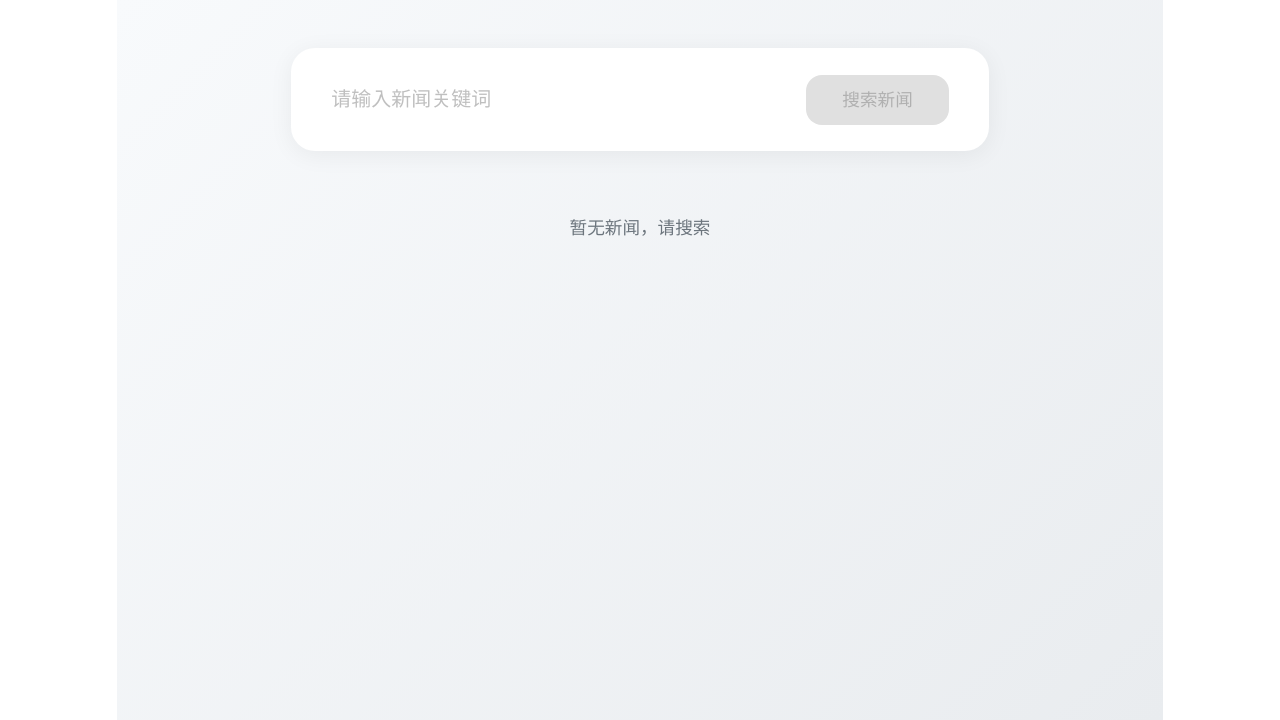
Repository: XJN7197/NewsAssistantBaseMCP
Page: / (app in frontend/)
An editor plug-in stored every save of this project. The page is shown before and after the next save, followed by the edit.
The browser window is 1280 px wide. The pictures show the whole page.
The project was rebuilt for these pictures with package versions that can differ from the ones it lists, and the page was loaded fresh each time. Also part of the build but not shown: frontend/vite.config.ts.

Above is the page before, as saved 2025-05-23 10:28:10.

### frontend/src/App.tsx
import { useState } from 'react'
import Home from './pages/Home'
import './App.css'

function App() {

  return (
    <>
      <Home/>
    </>
  )
}

export default App

### frontend/src/pages/Home.tsx
import React, { useState } from 'react';
import { List, Checkbox, Button as AntButton, Input, Spin, Modal, Typography, Dropdown } from 'antd'; // Ant Design 组件导入
import 'antd/dist/reset.css'; // 导入 Ant Design 样式
import ReactMarkdown from 'react-markdown';
import remarkGfm from 'remark-gfm';
import styles from './Home.module.css'
import { mockNewsData } from '../mock/newsData'
import { mockReportData } from '../mock/reportData'

// 假设你有这些组件，后续可单独实现
// import NewsSearch from '../components/NewsSearch'
// import NewsCardList from '../components/NewsCardList'
// import AnalyzeButton from '../components/AnalyzeButton'
// import ReportModal from '../components/ReportModal'

const { Title, Text, Link } = Typography;

const Home: React.FC = () => {
  // 搜索关键词
  const [keyword, setKeyword] = useState('')
  // 新闻列表
  const [newsList, setNewsList] = useState<any[]>([])
  // 选中的新闻项
  const [selectedNews, setSelectedNews] = useState<Set<number>>(new Set());
  // 是否正在加载
  const [loading, setLoading] = useState(false)
  // 分析报告内容
  const [report, setReport] = useState<string | null>(null)
  // 控制报告弹窗显示
  const [showReport, setShowReport] = useState(false)

  // 下载报告处理函数
  const handleDownload = () => {
    if (!report) return;

    const timestamp = new Date().toISOString().replace(/[:.]/g, '-');
    const content = report;
    const fileName = `舆情分析报告_${timestamp}.md`;
    const blob = new Blob([content], { type: 'text/plain;charset=utf-8' });
    const url = window.URL.createObjectURL(blob);
    const link = document.createElement('a');
    link.href = url;
    link.download = fileName;
    document.body.appendChild(link);
    link.click();
    document.body.removeChild(link);
    window.URL.revokeObjectURL(url);
  };

  // 搜索新闻
  const handleSearch = async () => {
    setLoading(true)
    setNewsList([]); // 清空旧的新闻列表
    setReport(null); // 清空旧的报告
    setShowReport(false); // 关闭报告弹窗

    try {
      let data;

      // 根据环境变量决定是否使用mock数据
      if (import.meta.env.VITE_USE_MOCK_NEWS === 'true') {
        // 使用mock数据
        await new Promise(resolve => setTimeout(resolve, 1000)); // 模拟延迟
        data = mockNewsData;
      } else {
        // 使用实际API
        const response = await fetch('http://localhost:8000/search', {
          method: 'POST',
          headers: {
            'Content-Type': 'application/json',
          },
          body: JSON.stringify({ keyword: keyword }),
        });

        if (!response.ok) {
          throw new Error(`HTTP error! status: ${response.status}`);
        }

        data = await response.json();
      }

      // 检查返回的数据结构，确保有 news_list 字段
      if (data && data.news_list) {
        console.log("获取到的新闻数据:", data.news_list);
        // 初始化选中状态，默认全部选中
        const initialNewsList = data.news_list.map((news: any, index: number) => ({ ...news, id: index })); // selected 属性由 selectedNews Set 管理
        setNewsList(initialNewsList);
        const initialSelected = new Set<number>(initialNewsList.map((news: any) => news.id));
        setSelectedNews(initialSelected);
      } else {
        setNewsList([{ error: '未获取到新闻数据或数据格式不正确' }]);
      }

    } catch (error) {
      console.error("搜索新闻失败:", error);
      setNewsList([{ error: `搜索新闻失败: ${error}` }]);
    } finally {
      setLoading(false);
    }
  }

  // 分析新闻
  const handleAnalyze = async () => {
    setLoading(true);
    setReport(null); // 清空旧的报告
    setShowReport(true); // Show modal immediately

    // 过滤出选中的新闻
    const newsToAnalyze = newsList.filter(news => selectedNews.has(news.id));

    if (newsToAnalyze.length === 0) {
        setReport("没有新闻内容可供分析。");
        setLoading(false);
        return;
    }

    try {
      let data;

      // 根据环境变量决定是否使用mock数据
      if (import.meta.env.VITE_USE_MOCK_REPORT === 'true') {
        // 使用mock数据
        await new Promise(resolve => setTimeout(resolve, 1000)); // 模拟延迟
        data = mockReportData;
      } else {
        // 使用实际API
        const response = await fetch('http://localhost:8000/analyze', {
          method: 'POST',
          headers: {
            'Content-Type': 'application/json',
          },
          body: JSON.stringify({ news_list: newsToAnalyze }),
        });

        if (!response.ok) {
          throw new Error(`HTTP error! status: ${response.status}`);
        }

        data = await response.json();
      }

      // 检查返回的数据结构，确保有 report 字段
      if (data && data.report) {
        console.log("获取到的分析报告:", data.report);
        setReport(data.report);
      } else {
        setReport("未获取到分析报告或报告格式不正确");
      }

    } catch (error) {
      console.error("分析新闻失败:", error);
      setReport(`分析新闻失败: ${error}`);
    } finally {
      setLoading(false);
    }
  }



  return (
    <div className={styles['home-container']}>
      {/* 搜索栏 - 使用 Ant Design 组件 */}
      <div className={styles['search-bar']}>
        <Input
          placeholder="请输入新闻关键词"
          value={keyword}
          onChange={e => setKeyword(e.target.value)}
          onPressEnter={handleSearch} // 支持回车搜索
          style={{ flex: 1, fontSize: '1.25rem', padding: '12px 0' }} // 保持原有部分样式
        />
        <AntButton
          type="primary"
          onClick={handleSearch}
          loading={loading}
          disabled={!keyword}
          style={{ borderRadius: '16px', padding: '14px 36px', fontSize: '1.1rem', fontWeight: 500 }} // 保持原有部分样式
        >
          搜索新闻
        </AntButton>
      </div>

      {/* 新闻列表 - 使用 Ant Design List 组件 */}
      <div className={styles['news-list-container']}> {/* 新增一个容器来控制 List 的宽度和间距 */}
        {loading && newsList.length === 0 && <div style={{ textAlign: 'center', padding: '40px 0' }}><Spin size="large" /></div>}
        {!loading && newsList.length === 0 && <div style={{ textAlign: 'center', color: '#6c757d', fontSize: '1.1rem', padding: '40px 0' }}>暂无新闻，请搜索</div>}
        {newsList.length > 0 && newsList[0].error && (
          <div className={styles['error-message']}>{newsList[0].error}</div>
        )}
        {newsList.length > 0 && !newsList[0].error && (
          <List
            itemLayout="horizontal"
            dataSource={newsList}
            renderItem={item => {
              const onItemChange = (e: any) => {
                setSelectedNews(prevSelected => {
                  const newSelected = new Set(prevSelected);
                  if (e.target.checked) {
                    newSelected.add(item.id);
                  } else {
                    newSelected.delete(item.id);
                  }
                  return newSelected;
                });
              };
              return (
                <List.Item
                  actions={[
                    <Link href={item.url} target="_blank" rel="noopener noreferrer">阅读原文</Link>
                  ]}
                  style={{ background: '#fff', borderRadius: '12px', marginBottom: '16px', padding: '20px', boxShadow: '0 2px 12px 0 rgba(0,0,0,0.05)' }}
                >
                  <List.Item.Meta
                    avatar={<Checkbox checked={selectedNews.has(item.id)} onChange={onItemChange} style={{paddingRight: '10px'}}/>}
                    title={<Title level={5} style={{ margin: 0, fontSize: '1.3rem', fontWeight: 600, color: '#1d1d1f' }}>{item.title}</Title>}
                    description={<Text type="secondary" style={{ fontSize: '1rem', lineHeight: 1.6, display: '-webkit-box', WebkitLineClamp: 3, WebkitBoxOrient: 'vertical', overflow: 'hidden', textOverflow: 'ellipsis' }}>{item.desc}</Text>}
                  />
                </List.Item>
              );
            }}
          />
        )}
      </div>

      {/* 一键分析按钮 - 使用 Ant Design Button */}
      {newsList.length > 0 && !newsList[0].error && (
        <div className={styles['analyze-btn']}>
          <AntButton
            type="primary"
            onClick={handleAnalyze}
            loading={loading}
            disabled={selectedNews.size === 0}
            style={{ borderRadius: '16px', padding: '16px 48px', fontSize: '1.2rem', fontWeight: 600, background: 'linear-gradient(90deg, #34e89e 0%, #0f3443 100%)' }} // 保持原有部分样式
          >
            一键舆情分析
          </AntButton>
        </div>
      )}

      {/* 分析报告弹窗 - 使用 Ant Design Modal */}
      <Modal
        title={<Title level={3} style={{ textAlign: 'center', marginBottom: 0 }}>舆情分析报告</Title>}
        open={showReport}
        onCancel={() => setShowReport(false)}
        footer={[
          <AntButton
            key="download"
            onClick={handleDownload}
            disabled={!report}
            style={{ borderRadius: '12px', marginRight: '8px' }}
          >
            下载报告
          </AntButton>,
          <AntButton key="close" type="primary" onClick={() => setShowReport(false)} style={{ borderRadius: '12px' }}>
            关闭
          </AntButton>
        ]}
        width="60vw"
        styles={{ body: { maxHeight: '70vh', overflowY: 'auto', background: '#fff', padding: '24px 40px' } }}
      >
        {loading && !report ? (
          <div style={{ textAlign: 'center', padding: '40px 0' }}>
            <Spin size="large" tip="分析报告生成中..." />
          </div>
        ) : report ? (
          <ReactMarkdown remarkPlugins={[remarkGfm]}>{report}</ReactMarkdown>
        ) : (
          <Text>报告生成中或无内容...</Text>
        )}
      </Modal>
    </div>
  )
}

export default Home

### frontend/src/pages/Home.module.css
.home-container {
  height: 100vh;
  background: linear-gradient(135deg, #f8fafc 0%, #e9ecef 100%);
  display: flex;
  flex-direction: column;
  align-items: center;
  padding: 48px 0 48px 0; /* 调整了上下padding，左右padding设为0，因为内容区会通过max-width控制 */
  font-family: -apple-system, BlinkMacSystemFont, "Segoe UI", Roboto, "Helvetica Neue", Arial, "PingFang SC", "Hiragino Sans GB", "Microsoft YaHei", sans-serif;
}

.search-bar {
  display: flex;
  position: sticky; top: 0; z-index: 1;
  align-items: center;
  gap: 24px; /* 增加了元素间距 */
  background: #fff;
  border-radius: 24px; /* 更大的圆角 */
  box-shadow: 0 4px 24px 0 rgba(0,0,0,0.06); /* 更柔和的阴影 */
  padding: 24px 40px; /* 增加了内边距 */
  margin-bottom: 24px; /* 减小了与下方元素的间距 */
  width: 66.66%; /* 宽度固定为视口宽度的2/3 */
  /* height: 250px; 高度固定为250px */
  max-width: none; /* 移除最大宽度限制 */
}

.search-bar input[type="text"] {
  flex: 1;
  width: 800px;
  border: none;
  outline: none;
  font-size: 1.25rem; /* 稍大字体 */
  background: transparent;
  color: #222;
  padding: 12px 6px;
}

.search-bar button {
  height: 50px;
  background: linear-gradient(90deg, #007aff 0%, #00c6fb 100%);
  color: #fff;
  border: none;
  border-radius: 16px; /* 更大的圆角 */
  padding: 14px 36px; /* 增加了按钮padding */
  font-size: 1.1rem; /* 稍大字体 */
  font-weight: 500;
  cursor: pointer;
  transition: background 0.2s, box-shadow 0.2s;
  box-shadow: 0 4px 16px 0 rgba(0,122,255,0.10); /* 按钮阴影 */
}

.search-bar button:disabled {
  background: #e0e0e0;
  color: #b0b0b0;
  cursor: not-allowed;
  box-shadow: none;
}

.news-list-container { /* Renamed from .news-list */
  width: 66.66%; /* 宽度固定为视口宽度的2/3 */
  /* height: 1500px; 高度固定为1500px */
  max-width: none; /* 移除最大宽度限制 */
  margin-bottom: 40px;
  min-height: 180px; /* 最小高度，避免内容过少时塌陷 */
  display: flex;
  flex-direction: column;
  gap: 24px; /* 新闻卡片之间的间距 */
  overflow-y: auto; /* 添加垂直滚动 */
  /* 可以在这里添加新闻卡片的样式，或者为新闻卡片组件单独创建样式文件 */
}

/* 针对 news-list 中暂无新闻的提示文本样式 */
.news-list > div {
  color: #6c757d; /* 柔和的提示文字颜色 */
  font-size: 1.1rem;
  text-align: center;
  padding: 40px 0;
}

/* Styles for .news-card, .checkbox-container, .news-content, .news-title, .news-desc, .news-link are removed as Ant Design components handle them */

/* 错误消息样式 */
.error-message {
  color: #dc3545; /* 红色错误提示 */
  font-size: 1.1rem;
  text-align: center;
  padding: 40px 0;
}


.analyze-btn {
  margin-bottom: 32px;
}

.analyze-btn button {
  background: linear-gradient(90deg, #34e89e 0%, #0f3443 100%); /* 保持了之前的渐变色 */
  color: #fff;
  border: none;
  border-radius: 16px; /* 更大的圆角 */
  padding: 16px 48px; /* 增加了按钮padding */
  font-size: 1.2rem; /* 稍大字体 */
  font-weight: 600;
  cursor: pointer;
  transition: background 0.2s, box-shadow 0.2s;
  box-shadow: 0 4px 16px 0 rgba(52,232,158,0.10); /* 按钮阴影 */
}

.analyze-btn button:disabled {
  background: #e0e0e0;
  color: #b0b0b0;
  cursor: not-allowed;
  box-shadow: none;
}

/* Styles for .report-modal and its children are removed as Ant Design Modal component handles them */

### frontend/src/mock/newsData.ts
export const mockNewsData = {
    news_list: [
      {
        title: "Qwen引领AI前端技术革新：深度解析一句话开发网页的突破_模型_行业_创新",
        desc: "在人工智能快速发展的2025年，来自量子位的最新报道显示，AI技术正迎来前所未有的革新，尤其是在前端开发领域。由Qwen推出的“AI前端工程师”WebDev工具，以...",
        url: "https://news.sohu.com/a/893821748_121924584"
      },
      {
        title: "谷歌推Gemini2.5Pro模型，AI 助力前端开发与复杂编程",
        desc: "谷歌推Gemini2.5Pro模型#，AI 助力前端开发与复杂编程】5 月7 日消息，科技媒体The Decoder 昨日（5 月6 日）发布博文，报道称谷歌为预热今年的I/O...",
        url: "https://news.sina.com.cn/external/car/2025-05-07/doc-inevtine1324735.shtml"
      },
      {
        title: "前端程序员请注意！首个截图就能生成现代前端代码的AI来了 | 已开源",
        desc: "现在截图生成代码，已经来到了一个新高度——. ⾸个⾯向现代前端代码⽣成的多模态⼤模型解决⽅案，来了！ 而且是开源的那种。 前端程序员请注意！首个截图就能...",
        url: "https://www.qbitai.com/2025/02/258521.html"
      },
      {
        title: "AI包办79%代码，程序员饭碗不保，前端开发要凉，人类只配改Bug？",
        desc: "编码助手更偏向自动化。有79%的Claude Code对话可以被归为「自动化」，即AI直接完成任务，而不是与人类协作「增强」。相比之下，Claude.ai的对话中只有49%是...",
        url: "https://m.36kr.com/p/3271134281245063"
      },
      {
        title: "武汉烽火申请前后端协同开发方法专利，大大降低前后端耦合度",
        desc: "本文源自:金融界. 金融界2025年5月15日消息，国家知识产权局信息显示，武汉烽火信息集成技术有限公司申请一项名为“前后端协同开发方法、装置、设备及可...",
        url: "https://cj.sina.cn/articles/view/1704103183/65928d0f02007wlqg?froms=ggmp"
      }
    ]
  };

### frontend/src/mock/reportData.ts
// 模拟舆情分析报告数据
export const mockReportData = {
  report: `
  **分析时间：** 2025-05-22 20:48:32

  ---

  ## 📥 原始新闻内容

  ### 新闻1
  - **标题**: Qwen引领AI前端技术革新：深度解析一句话开发网页的突破_模型_行业_创新
  - **描述**: 在人工智能快速发展的2025年，来自量子位的最新报道显示，AI技术正迎来前所未有的革新，尤其是在前端开发领域。由Qwen推出的“AI前端工程师”WebDev工具，以...
  - **链接**: https://news.sohu.com/a/893821748_121924584

  ### 新闻2
  - **标题**: 谷歌推Gemini2.5Pro模型，AI 助力前端开发与复杂编程
  - **描述**: 谷歌推Gemini2.5Pro模型#，AI 助力前端开发与复杂编程】5 月7 日消息，科技媒体The Decoder 昨日（5 月6 日）发布博文，报道称谷歌为预热今年的I/O...
  - **链接**: https://news.sina.com.cn/external/car/2025-05-07/doc-inevtine1324735.shtml

  ### 新闻3
  - **标题**: 前端程序员请注意！首个截图就能生成现代前端代码的AI来了 | 已开源
  - **描述**: 现在截图生成代码，已经来到了一个新高度——. ⾸个⾯向现代前端代码⽣成的多模态⼤模型解决⽅案，来了！ 而且是开源的那种。 前端程序员请注意！首个截图就能...
  - **链接**: https://www.qbitai.com/2025/02/258521.html

  ### 新闻4
  - **标题**: AI包办79%代码，程序员饭碗不保，前端开发要凉，人类只配改Bug？
  - **描述**: 编码助手更偏向自动化。有79%的Claude Code对话可以被归为「自动化」，即AI直接完成任务，而不是与人类协作「增强」。相比之下，Claude.ai的对话中只有49%是...
  - **链接**: https://m.36kr.com/p/3271134281245063

  ### 新闻5
  - **标题**: 武汉烽火申请前后端协同开发方法专利，大大降低前后端耦合度
  - **描述**: 本文源自:金融界. 金融界2025年5月15日消息，国家知识产权局信息显示，武汉烽火信息集成技术有限公司申请一项名为“前后端协同开发方法、装置、设备及可...
  - **链接**: https://cj.sina.cn/articles/view/1704103183/65928d0f02007wlqg?froms=ggmp

  ---

  ## 📊 分析结果

  ### 舆情分析报告
  **日期**：2025年5月
  **分析范围**：五篇关于AI与前端开发的新闻

  ---

  #### **一、情绪倾向分析**
  | 新闻编号 | 情绪倾向 | 原因说明 |
  |----------|----------|----------|
  | **新闻1** | **正面** | 强调Qwen的“革新”“突破”等词汇，突出AI技术对前端开发的赋能，传递积极创新信号。 |
  | **新闻2** | **正面** | 谷歌推出新模型推动“AI助力前端开发”，体现技术迭代的行业趋势，语气温和但积极。 |
  | **新闻3** | **正面** | 聚焦“首个截图生成代码”“开源”等关键词，展示AI工具的实用性和开放性，引发开发者关注。 |
  | **新闻4** | **负面** | 标题直接使用“饭碗不保”“要凉”等强烈词汇，讨论AI对程序员职业的冲击，情绪偏担忧。 |
  | **新闻5** | **正面** | 武汉烽火的专利申请聚焦“降低耦合度”技术优化，体现行业对效率提升的关注，属中性积极技术报道。 |

  ---

  #### **二、舆情总结**
  1. **技术革新主导正面情绪**
     - 多篇新闻聚焦AI在前端开发中的创新应用（如Qwen、Gemini2.5Pro、开源工具），强调效率提升、自动化开发等优势，反映行业对AI技术的期待与认可。
     - 专利申请（新闻5）进一步表明企业对技术优化的重视，传递积极发展趋势。

  2. **负面情绪集中于就业风险**
     - 新闻4通过“79%代码由AI包办”“程序员饭碗不保”等表述，引发对AI替代人力的焦虑，负面情绪显著，但未否认技术价值。

  3. **行业矛盾与机遇并存**
     - 正面报道多关注技术突破，负面内容则反映人类与AI协作模式的争议，整体呈现“技术进步”与“职业担忧”的双重叙事。

  ---

  #### **三、建议**
  - **技术开发者**：关注AI工具的开源与迭代（如新闻3），同时提升复合技能以适应自动化趋势。
  - **企业与政策制定者**：平衡技术应用与就业保障，推动人机协作模式的探索。
  - **媒体传播**：客观呈现AI对行业的赋能与挑战，避免过度渲染负面情绪。

  **结论**：当前舆情以技术革新为核心积极主题，但需警惕AI对职业结构的潜在冲击，行业需在创新与人文关怀间寻求平衡。
`
}

Loaded but not shown: frontend/index.html (common file); frontend/src/main.tsx (common file); frontend/src/index.css (common file); frontend/src/App.css (common file)

After the next save:
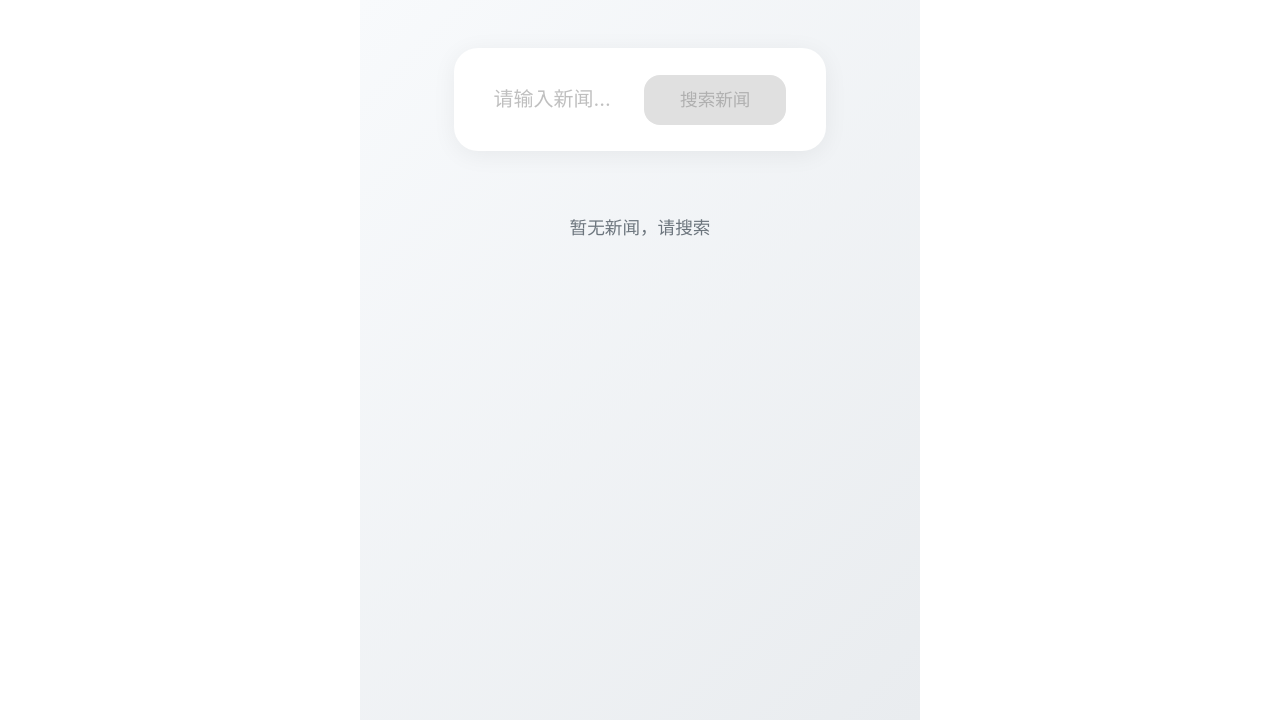
Saved 3 min 8 s later.
--- a/frontend/src/pages/Home.module.css
+++ b/frontend/src/pages/Home.module.css
@@ -25,7 +25,6 @@
 
 .search-bar input[type="text"] {
   flex: 1;
-  width: 800px;
   border: none;
   outline: none;
   font-size: 1.25rem; /* 稍大字体 */

After the save that followed:
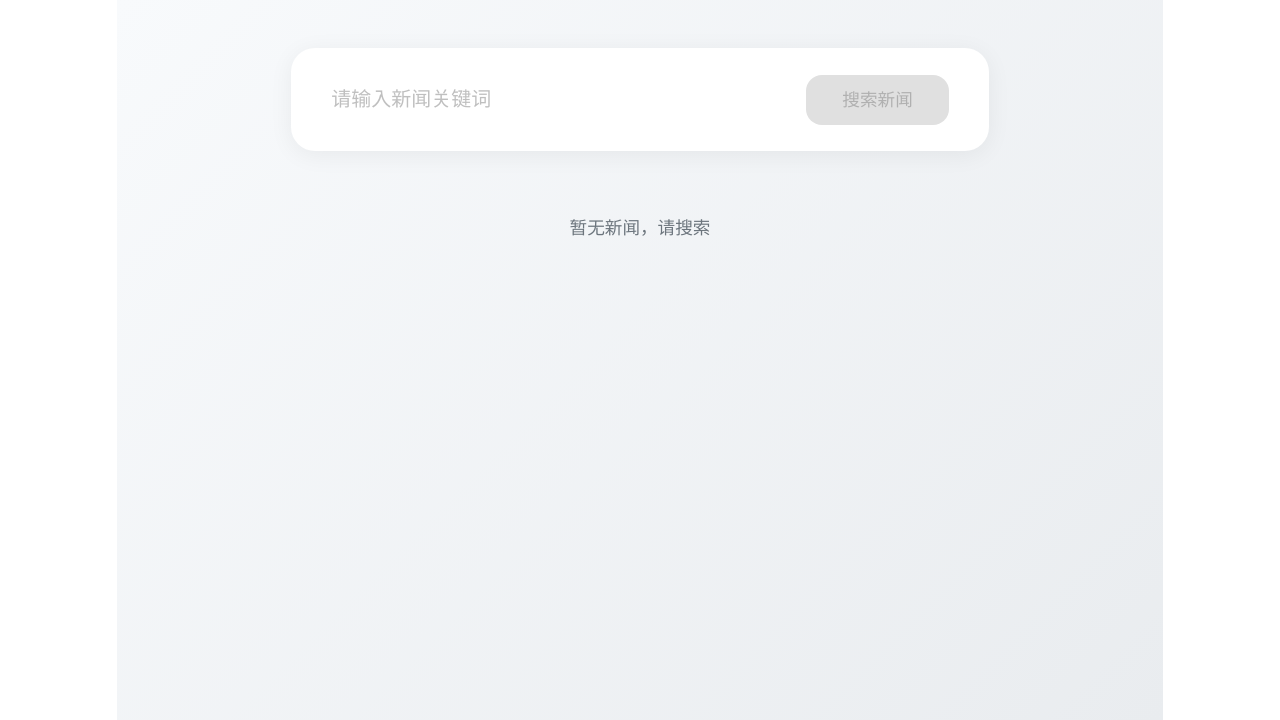
Saved 32 s later.
--- a/frontend/src/pages/Home.module.css
+++ b/frontend/src/pages/Home.module.css
@@ -24,7 +24,7 @@
 }
 
 .search-bar input[type="text"] {
-  flex: 1;
+  width: 800px;
   border: none;
   outline: none;
   font-size: 1.25rem; /* 稍大字体 */
